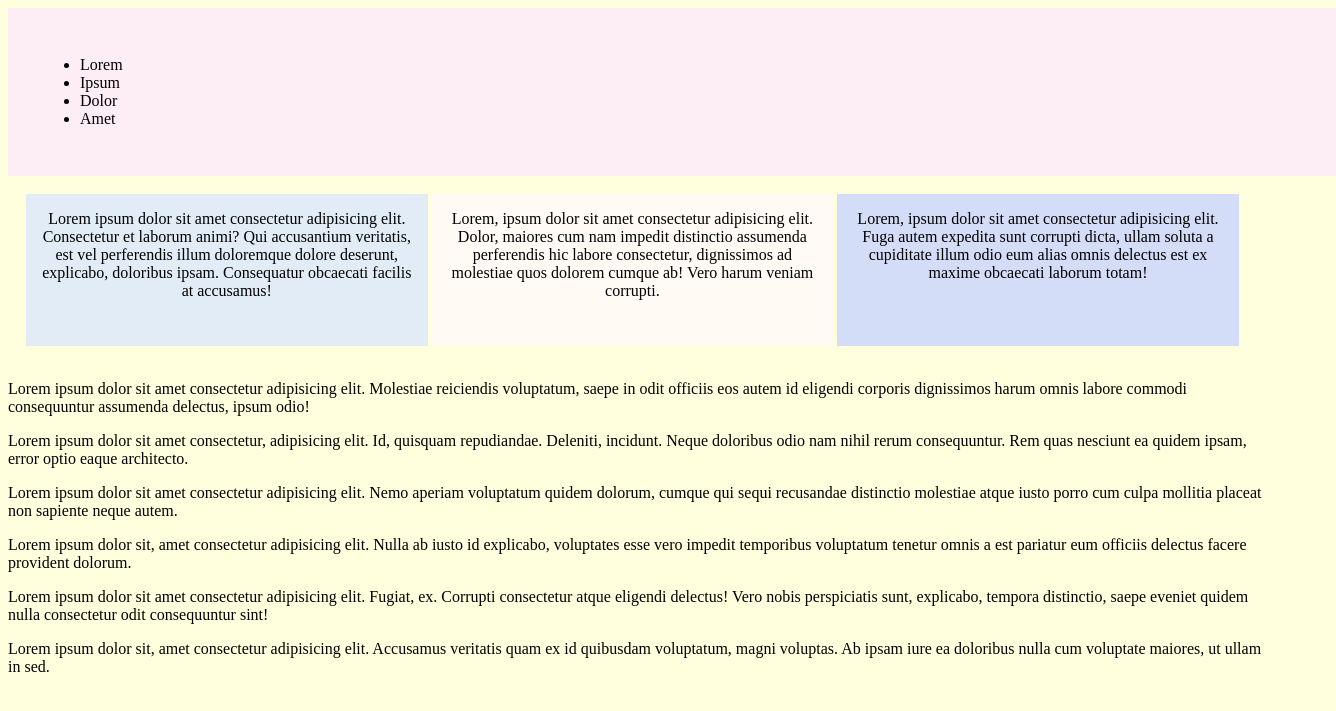
Repository: HTML-a-CSS-2/projekt-portfolio-Angelina555555
Page: .github/index.html
These files come from the project's save history. The page is drawn as it stood at one moment and after a run of saves; the edit follows.
The browser window is 1280 px wide. The page is 1336 px wide, so the pictures cover 1336 px, including what lies to the right of the window. The pictures show the whole page.

Above is the page before, as saved 2022-05-07 22:54:57.

### .github/index.html
<!DOCTYPE html>
<html lang="en">
  <head>
    <meta charset="UTF-8" />
    <meta http-equiv="X-UA-Compatible" content="IE=edge" />
    <meta name="viewport" content="width=device-width, initial-scale=1.0" />
    <link rel="stylesheet" href="default.css" />
    <title>Document</title>
  </head>
  <body>
    <div class="menu">
      <ul id="menu">
        <li>Lorem</li>
        <li>Ipsum</li>
        <li>Dolor</li>
        <li>Amet</li>
      </ul>
    </div>
    <div class="article">
      <div class="article__element-jeden article__element-jeden--blue">
        Lorem ipsum dolor sit amet consectetur adipisicing elit. Consectetur et
        laborum animi? Qui accusantium veritatis, est vel perferendis illum
        doloremque dolore deserunt, explicabo, doloribus ipsam. Consequatur
        obcaecati facilis at accusamus!
      </div>
      <div class="article__element-dva article__element-dva--pink">
        Lorem, ipsum dolor sit amet consectetur adipisicing elit. Dolor, maiores
        cum nam impedit distinctio assumenda perferendis hic labore consectetur,
        dignissimos ad molestiae quos dolorem cumque ab! Vero harum veniam
        corrupti.
      </div>
      <div class="article__element-tri article__element-tri--purple">
        Lorem, ipsum dolor sit amet consectetur adipisicing elit. Fuga autem
        expedita sunt corrupti dicta, ullam soluta a cupiditate illum odio eum
        alias omnis delectus est ex maxime obcaecati laborum totam!
      </div>
    </div>
    <div class="age">
      <p class="age__element-ctyri">
        Lorem ipsum dolor sit amet consectetur adipisicing elit. Molestiae
        reiciendis voluptatum, saepe in odit officiis eos autem id eligendi
        corporis dignissimos harum omnis labore commodi consequuntur assumenda
        delectus, ipsum odio!
      </p>
      <p class="age__element-pet">
        Lorem ipsum dolor sit amet consectetur, adipisicing elit. Id, quisquam
        repudiandae. Deleniti, incidunt. Neque doloribus odio nam nihil rerum
        consequuntur. Rem quas nesciunt ea quidem ipsam, error optio eaque
        architecto.
      </p>
    </div>
    <div class="leader">
      <p class="leader__element-sest">
        Lorem ipsum dolor sit amet consectetur adipisicing elit. Nemo aperiam
        voluptatum quidem dolorum, cumque qui sequi recusandae distinctio
        molestiae atque iusto porro cum culpa mollitia placeat non sapiente
        neque autem.
      </p>
      <p class="leader__element-sedm">
        Lorem ipsum dolor sit, amet consectetur adipisicing elit. Nulla ab iusto
        id explicabo, voluptates esse vero impedit temporibus voluptatum tenetur
        omnis a est pariatur eum officiis delectus facere provident dolorum.
      </p>
    </div>
    <div class="blok-posledni">
      <p class="blok-posledni__element-osm">
        Lorem ipsum dolor sit amet consectetur adipisicing elit. Fugiat, ex.
        Corrupti consectetur atque eligendi delectus! Vero nobis perspiciatis
        sunt, explicabo, tempora distinctio, saepe eveniet quidem nulla
        consectetur odit consequuntur sint!
      </p>
      <p class="blok-posledni__element-devet">
        Lorem ipsum dolor sit, amet consectetur adipisicing elit. Accusamus
        veritatis quam ex id quibusdam voluptatum, magni voluptas. Ab ipsam iure
        ea doloribus nulla cum voluptate maiores, ut ullam in sed.
      </p>
    </div>
  </body>
</html>

### .github/default.css
body {
  background-color: #ffffdd;
}

.menu {
  width: 100%;
  background-color: #fdedf5;
  padding: 2rem;
}

.article {
  padding: 1rem;
  display: flex;
  flex-wrap: wrap;
  text-align: center;
}

.article__element-jeden,
.article__element-dva,
.article__element-tri {
  padding: 1rem 1rem;
  margin: 2px;
  width: 30%;
  height: 120px;
}

.article__element-jeden--blue {
  background-color: #e1ecf6;
}
.article__element-dva--pink {
  background-color: #fffbf4;
}
.article__element-tri--purple {
  background-color: #d4ddf7;
}

After the next 2 saves:
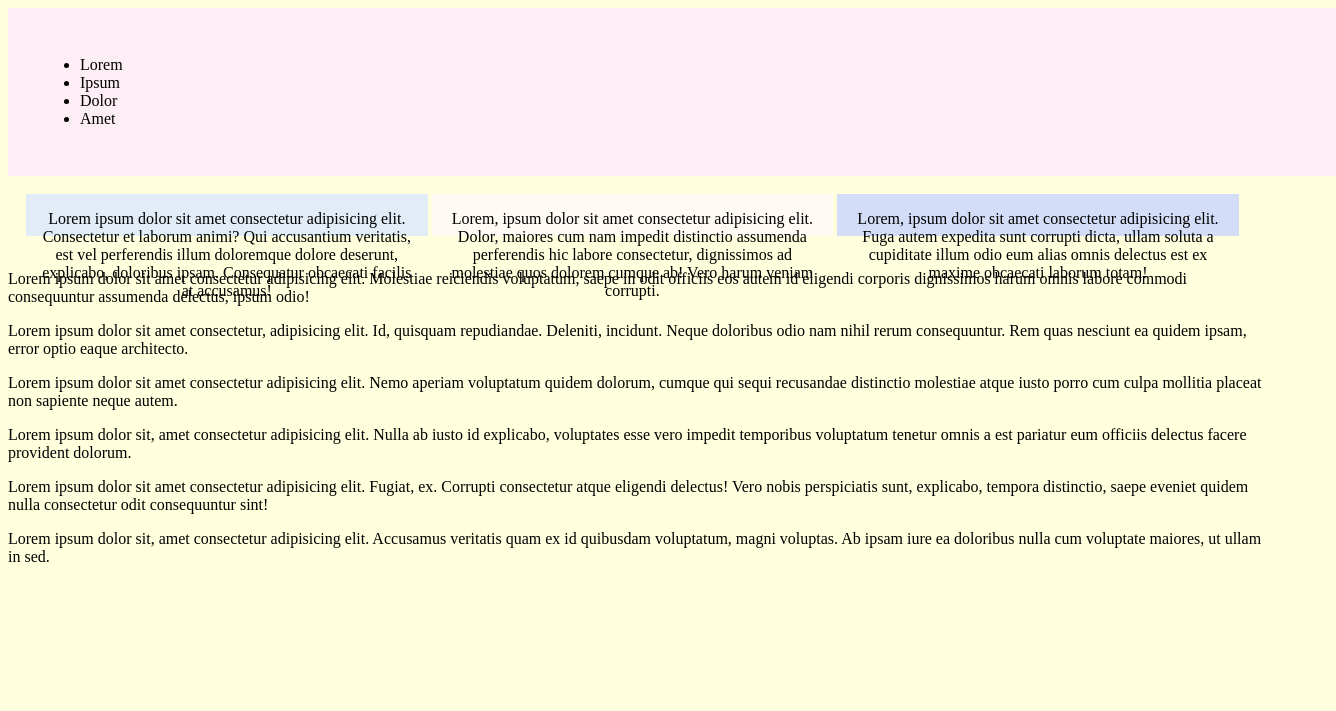
The 2 saves are shown as one change because they came seconds apart.
The last was saved 10 s later.
--- a/.github/default.css
+++ b/.github/default.css
@@ -21,7 +21,7 @@ body {
   padding: 1rem 1rem;
   margin: 2px;
   width: 30%;
-  height: 120px;
+  height: 10px;
 }
 
 .article__element-jeden--blue {
